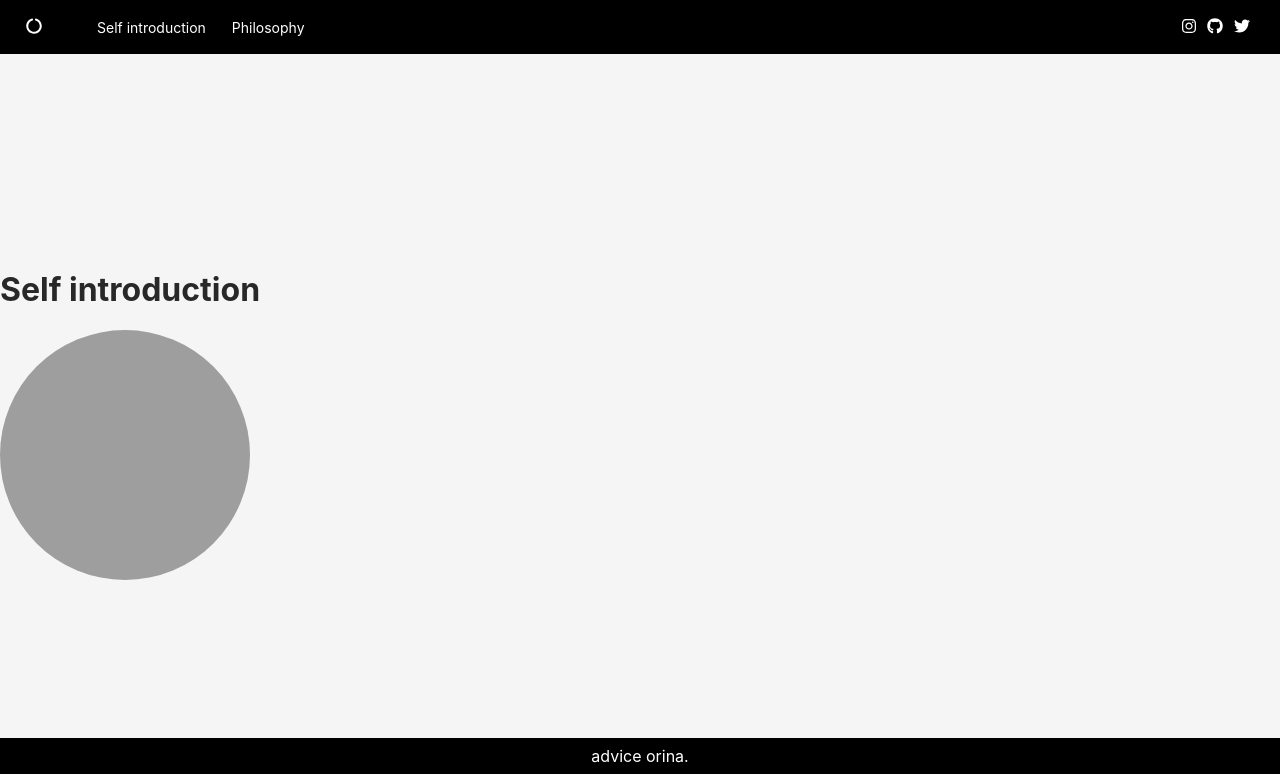
Repository: Rujuu-prog/react-mysite
Page: /selfintroduction
An editor plug-in stored every save of this project. The page is shown before and after the next save, followed by the edit.
The browser window is 1280 px wide. The pictures show the whole page.
Pictures or frames that could not be fetched are drawn as grey boxes. The project was rebuilt for these pictures with package versions that can differ from the ones it lists, and the page was loaded fresh each time. Also part of the build but not shown: src/components/pages/Philosophy.tsx, src/components/pages/Top.tsx.

Above is the page before, as saved 2021-05-13 01:32:49.

After the next save:
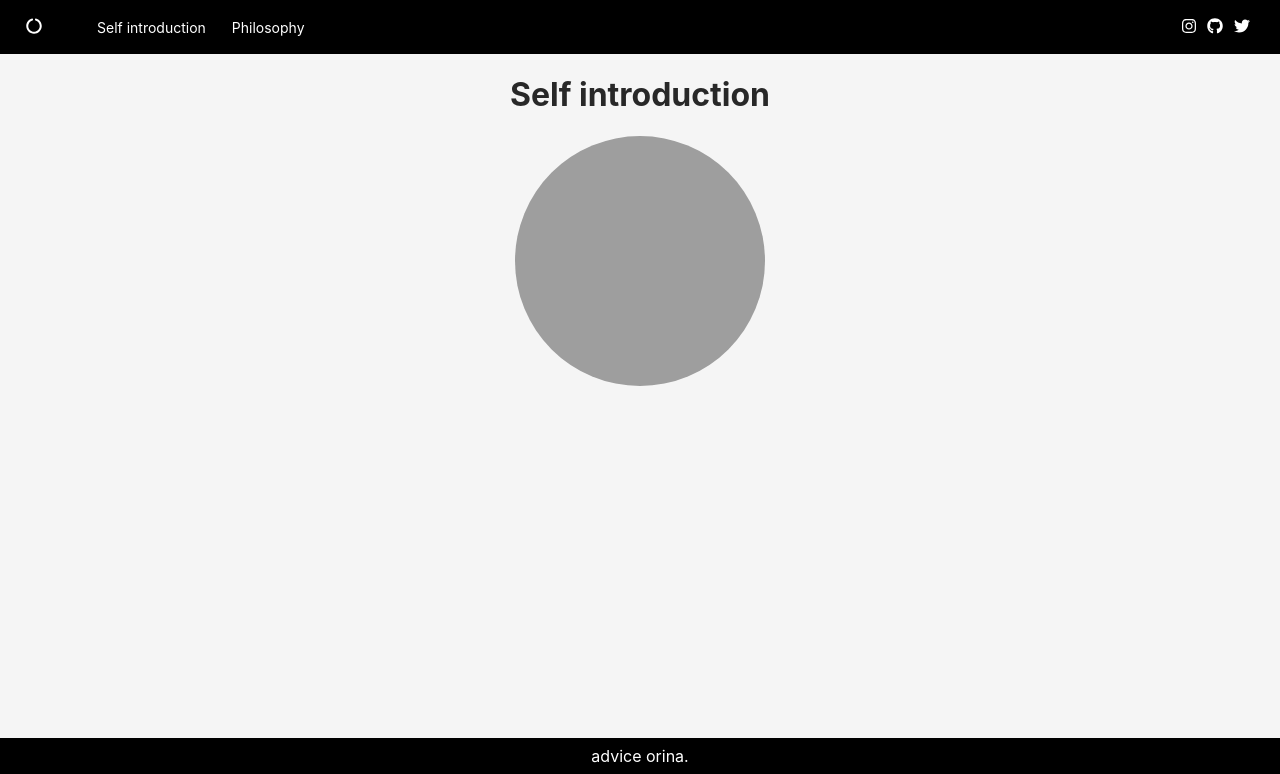
Saved 98 s later.
--- a/src/components/pages/SelfIntroduction.tsx
+++ b/src/components/pages/SelfIntroduction.tsx
@@ -16,8 +16,8 @@ export const SelfIntroduction:React.FC = () => {
 const SMainContainer = styled.div`
     display: flex;
     flex-direction: column;
-    justify-content: center;
-    align-items: flex-start;
+    justify-content: flex-start;
+    align-items: center;
     background-color: #f5f5f5;
     height: 100vh;
     h1 {
